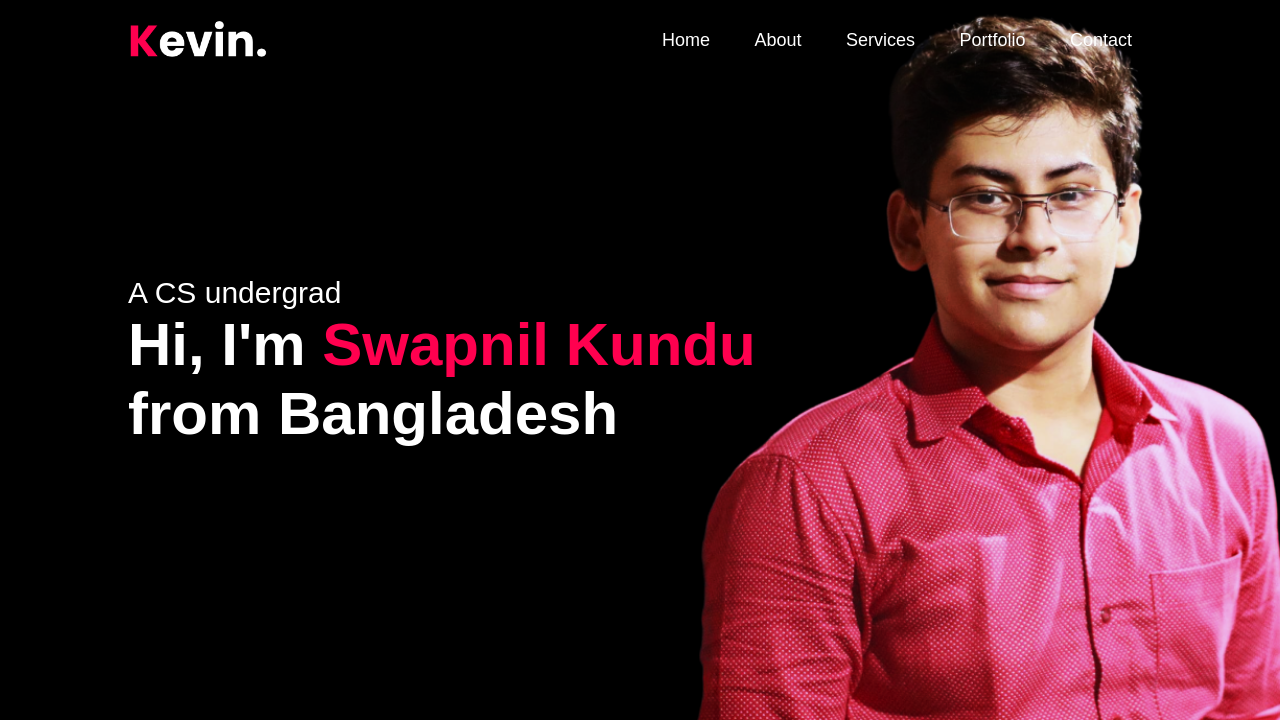
Repository: SwapnilKundu/portfolio
Page: index.html
These files come from the project's save history. The page is drawn as it stood at one moment and after the next save; the edit follows.
The browser window is 1280 px wide. The pictures show the whole page.

Above is the page before, as saved 2024-01-19 03:27:10.

### index.html
<!DOCTYPE html>
<html lang="en">
<head>
    <meta charset="UTF-8">
    <meta name="viewport" content="width=device-width, initial-scale=1.0">
    <title>Personal Portfolio Website</title>
    <link rel="stylesheet" href="style.css">
</head>
<body>
  <div id="header">
    <div class="container">
        <nav>
            <img src="images/logo.png" class= "logo">
            <ul>
                <li><a href ="#">Home</a></li>
                <li><a href ="#">About</a></li>
                <li><a href ="#">Services</a></li>
                <li><a href ="#">Portfolio</a></li>
                <li><a href ="#">Contact</a></li>
            </ul>
        </nav>
        <div class="header-text">

            <p>A CS undergrad </p>
            <h1>Hi, I'm <span>Swapnil Kundu</span> <br> from Bangladesh</h1>
        </div>
    </div>


  </div>
</body>
</html>

### style.css
*
{
    margin: 0;
    padding: 0;
    font-family: 'Poppins',sans-serif;
    box-sizing: border-box;
}

body
{
    background: #ffff;
    color: #fff;
}
#header
{
    width: 100%;
    height: 100vh;
    background-image: url(images/ccc2.png);
    background-size: cover;
    background-position: left;
    background-repeat: no-repeat;
    overflow: hidden;
}
.container
{
padding: 10px 10%;
}
nav{
    display: flex;
    align-items: center;
    justify-content: space-between;
    flex-wrap: wrap;
}
.logo{
    width: 140px;
}

nav ul li{
    display:inline-block;
    list-style: none;
    margin: 10px 20px;

}
nav ul li a{
    color: #fff;
    text-decoration:none ;
    font-size: 18px;
    position: relative;
}

nav ul li a::after
{
    content: '';
    width:0;
    height:3px;
    background:#ff004f;
    position: absolute;
    left: 0;
    bottom: -6px;
    transition: 0.5s;

}
nav ul li a:hover::after
{
    width:100%;
}
.header-text{
    margin-top: 20%;
    font-size: 30px;
}
.header-text h1
{
    font-size:60px;
}
.header-text h1 span
{
    color:#ff004f;
}

After the next save:
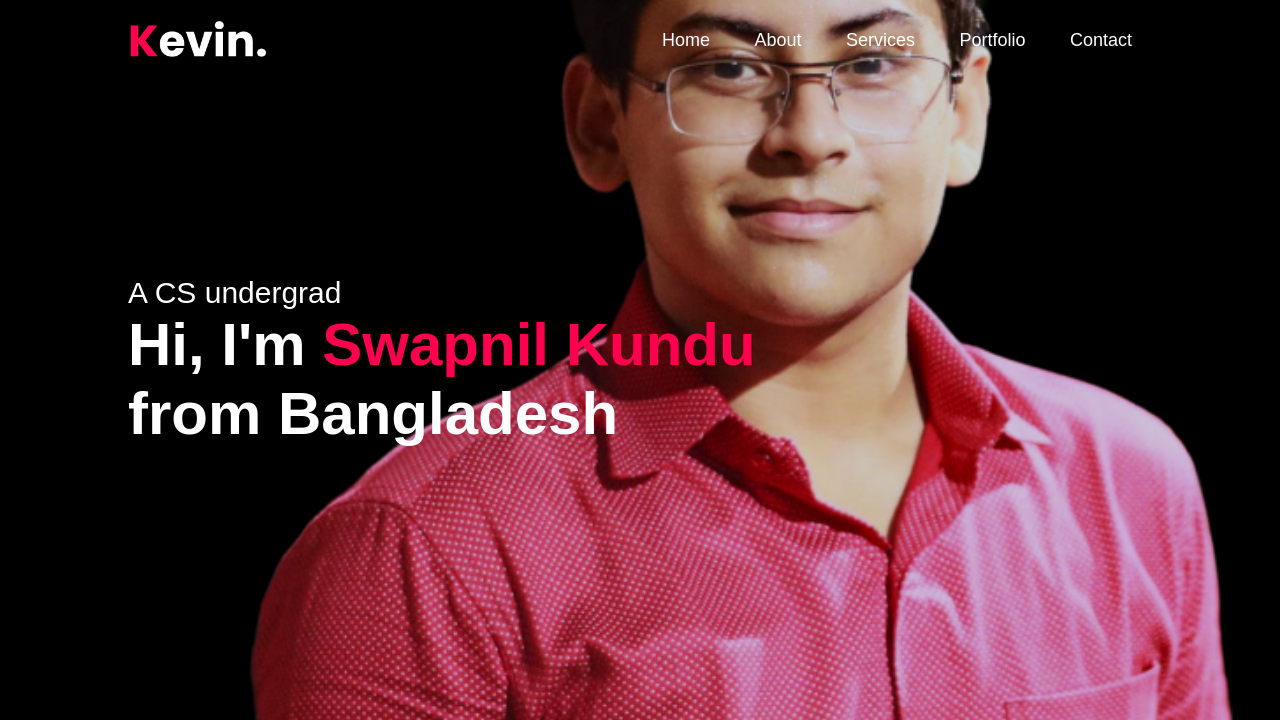
Saved 62 s later.
--- a/style.css
+++ b/style.css
@@ -15,7 +15,7 @@
 {
     width: 100%;
     height: 100vh;
-    background-image: url(images/ccc2.png);
+    background-image: url(images/ccc4.png);
     background-size: cover;
     background-position: left;
     background-repeat: no-repeat;

After the save that followed:
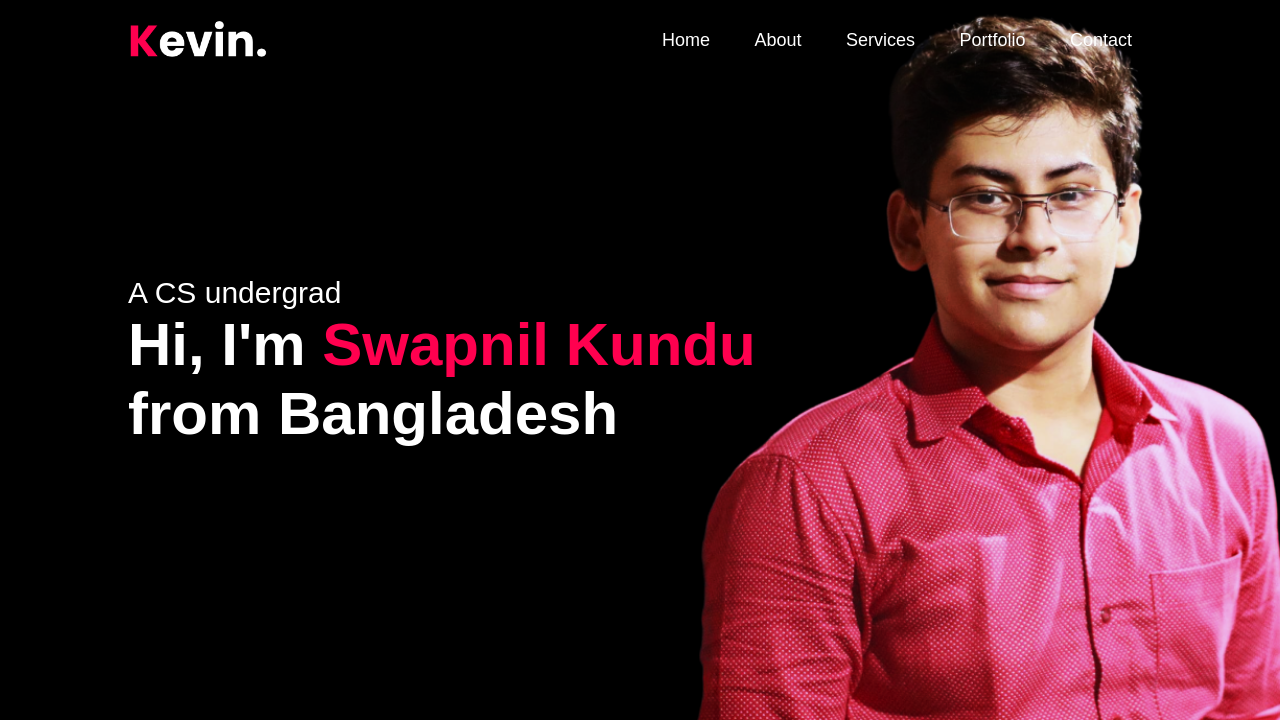
Saved 10 s later.
--- a/style.css
+++ b/style.css
@@ -15,7 +15,7 @@
 {
     width: 100%;
     height: 100vh;
-    background-image: url(images/ccc4.png);
+    background-image: url(images/ccc2.png);
     background-size: cover;
     background-position: left;
     background-repeat: no-repeat;
